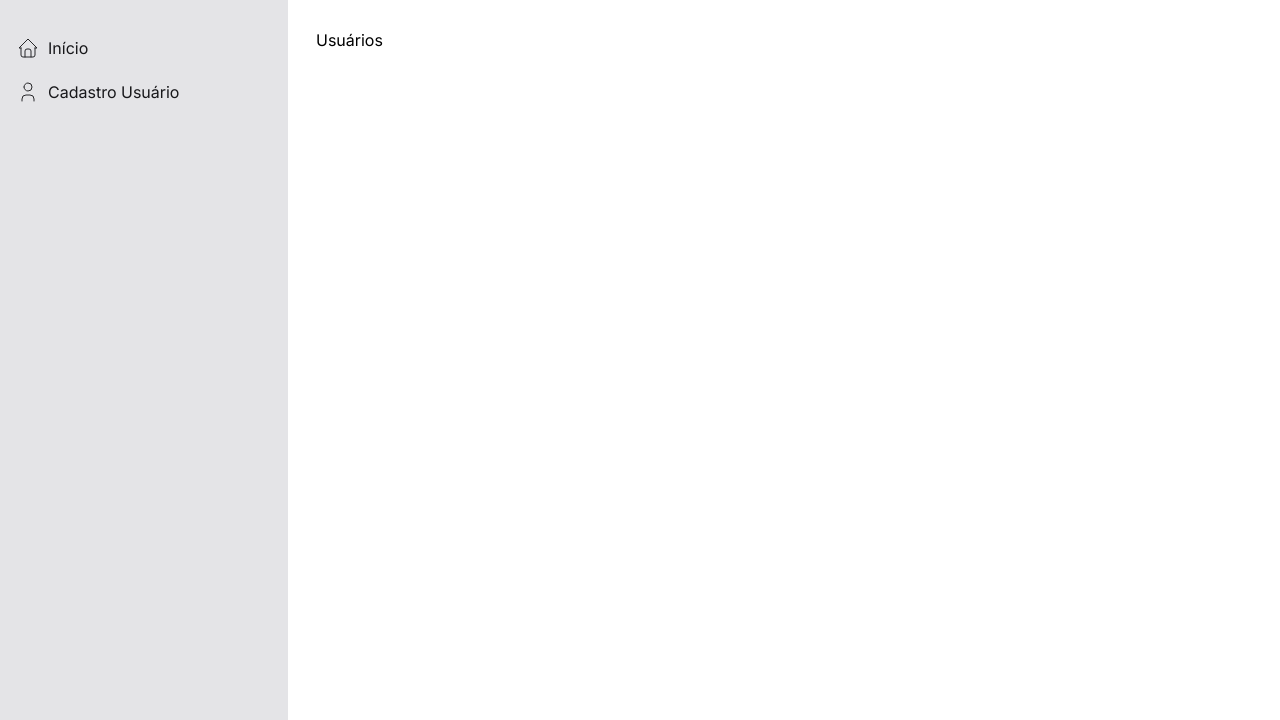
Repository: stefanosousaa/app-bd
Page: /usuarios
An editor plug-in stored every save of this project. The page is shown before and after a run of saves, followed by the edit.
The browser window is 1280 px wide. The pictures show the whole page.
The project was rebuilt for these pictures with package versions that can differ from the ones it lists, and the page was loaded fresh each time. The framework's server and built-in components were replaced by stand-ins that run in the browser. Also part of the build but not shown: next.config.mjs.

Above is the page before, as saved 2024-05-25 23:27:12.

### src/app/(internas)/usuarios/page.tsx
import Pagina from "@/app/components/template/Pagina";

export default function Page(){
    return(
        <Pagina>
            <h1>Usuários</h1>
        </Pagina>
    )
}

### src/app/components/template/Pagina.tsx
import Menu from "./Menu"

export interface PaginaProps {
    children: any
}

export default function Pagina(props: PaginaProps){
    return (
     <div className="flex ">
        <Menu/>
        <main className="flex-1 p-7">{props.children}</main>

    </div>
    )

}

### src/app/components/template/Menu.tsx
import { IconHome, IconUser } from "@tabler/icons-react"
import Link from "next/link"
import MenuItem from "./MenuItem"



export default function Menu(){
    return (
    <aside className="w-72 bg-zinc-200 h-screen">
         <nav className="flex flex-col gap-1 py-7">
            <MenuItem icone={IconHome} texto="Início" url="/" />
            <MenuItem icone={IconUser} texto="Cadastro Usuário" url="/usuarios" />


         </nav>
    </aside>
    )
}

### src/app/components/template/MenuItem.tsx
import Link from "next/link"
import { ElementType } from "react"

export interface MenuItemProps{
    icone: ElementType
    texto: string
    url: string
}


export default function MenuItem(props : MenuItemProps){
    return(
        <Link href={props.url} className="flex gap-2 px-4 py-2 hover:bg-white ">
            <props.icone className= "text-zinc-800" size={24} stroke={1}/>
            <span className= "text-zinc-900">{props.texto}</span>
        </Link>
    )
}

### src/app/components/usuario/ListaUsuario.tsx
import usuarios from '../../data/constants/usuarios'

export default function ListaUsuario(){
    return(
        <div className="flex flex-col">
            {usuarios}

        </div>
    )
}

### src/app/data/constants/usuarios.ts
import { Usuario } from "@/core/model/Usuario";

const usuarios: Usuario [] = [
    {
        id: "1",
        email:"stefano@gmail.com",
        nome: "Stefano Sousa",
        senha:"123456"
    },
    {
        id: "2",
        email:"lillyan@gmail.com",
        nome: "Lillyan Sousa",
        senha:"123456"
    },
    {
        id: "3",
        email:"isadora@gmail.com",
        nome: "Isadora Sousa",
        senha:"123456"
    },
    {
        id: "4",
        email:"rodrigo@gmail.com",
        nome: "Rodrigo Sousa",
        senha:"123456"
    },
]

export default usuarios

### src/app/components/usuario/LinhaUsuario.tsx
import { Usuario } from "@/core/model/Usuario"

export interface LinhaUsuarioProps {
    usuario: Usuario
}

export default function LinhaUsuario(props: LinhaUsuarioProps){
    return(
        <div className="flex p-4">
            <span>{props.usuario.nome}</span>

        </div>
    )
}

Loaded but not shown: src/app/layout.tsx (common file); src/app/globals.css (common file); tailwind.config.ts (common file)

After the next 3 saves:
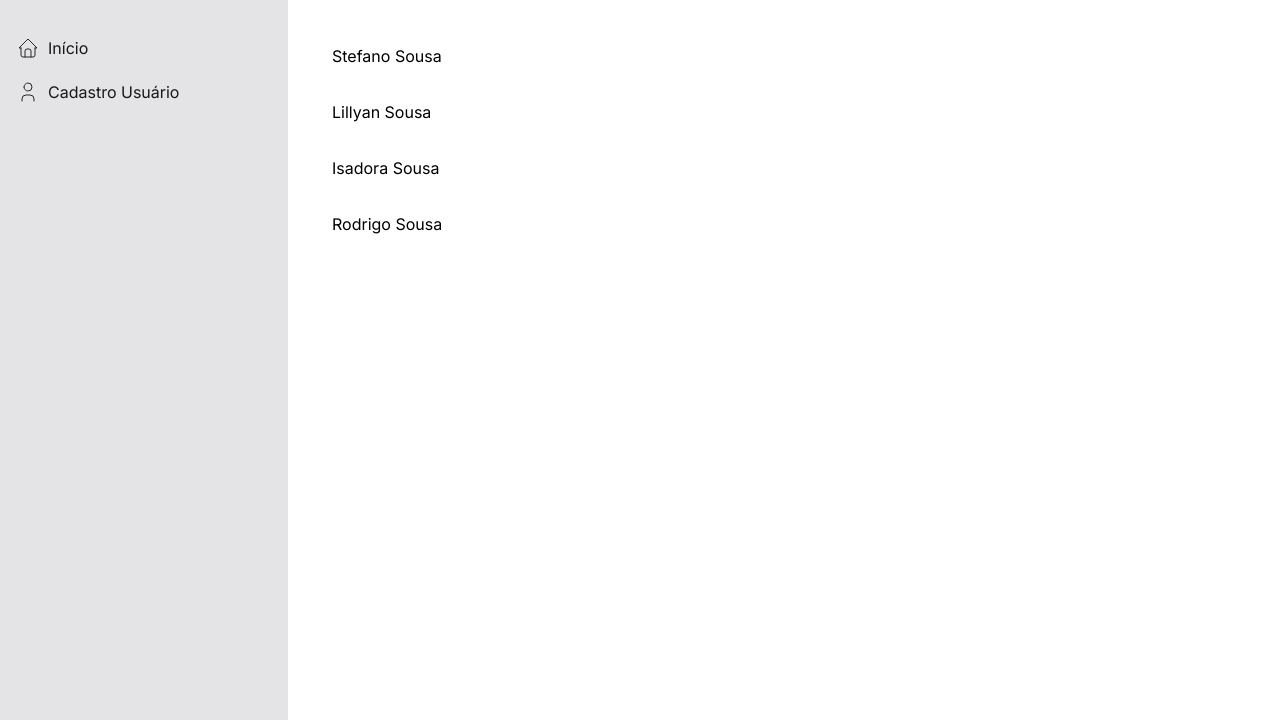
The 3 saves are shown as one change because 2 did not build or start.
The last was saved 4 min 43 s later.
--- a/src/app/(internas)/usuarios/page.tsx
+++ b/src/app/(internas)/usuarios/page.tsx
@@ -1,9 +1,11 @@
 import Pagina from "@/app/components/template/Pagina";
+import ListaUsuario from "@/app/components/usuario/ListaUsuario";
+
 
 export default function Page(){
     return(
         <Pagina>
-            <h1>Usuários</h1>
+           <ListaUsuario/>
         </Pagina>
     )
 }
--- a/src/app/components/usuario/ListaUsuario.tsx
+++ b/src/app/components/usuario/ListaUsuario.tsx
@@ -1,9 +1,14 @@
+
+import { Usuario } from '@/core/model/Usuario'
 import usuarios from '../../data/constants/usuarios'
+import LinhaUsuario from './LinhaUsuario'
 
 export default function ListaUsuario(){
     return(
         <div className="flex flex-col">
-            {usuarios}
+            {usuarios.map((usuario: Usuario) => {
+                return <LinhaUsuario key={usuario.id} usuario={usuario}/>
+            })}
 
         </div>
     )
